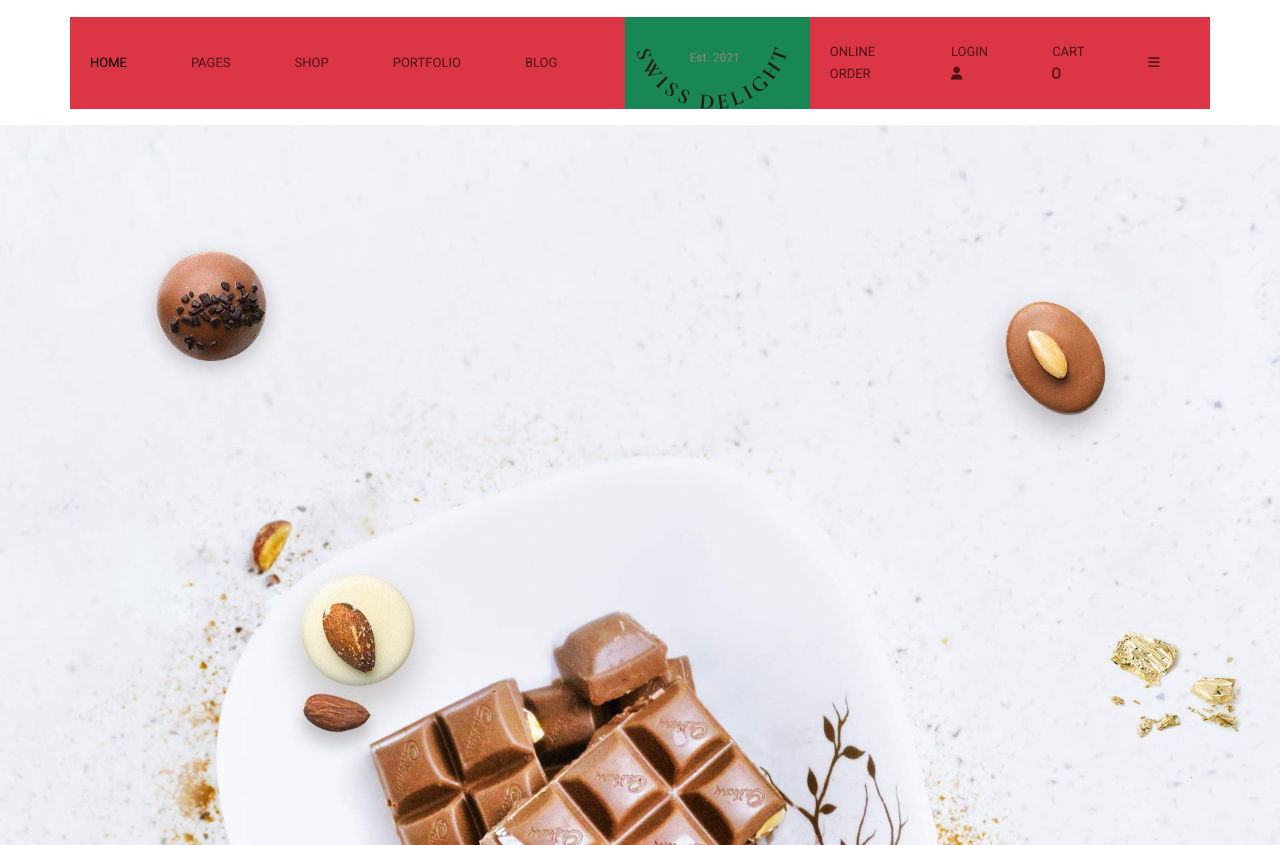
Repository: HadelAbdellatif/Project1
Page: index.html
The author's editor kept a copy of each file at every save. The page is drawn from the files as they stood at one save, then again after a run of saves.
The browser window is 1280 px wide. The pictures show the whole page.

Above is the page before, as saved 2023-10-13 14:58:03.
Console error: TypeError: Cannot read properties of null (reading 'addEventListener')

### index.html
<!doctype html>
<html lang="en">

<head>
  <meta charset="utf-8">
  <meta name="viewport" content="width=device-width, initial-scale=1">
  <title>Bootstrap demo</title>

  <!-- Bootsrap 5.3 -->
  <link href="assets/css/bootstrap.min.css" rel="stylesheet">


  <!-- fontawesome 6.4 -->
  <link href="assets/css/all.min.css" rel="stylesheet">

  <!-- Custom css -->
  <link href="assets/css/style.css" rel="stylesheet">

  <!-- Media -->
  <link href="assets/css/media.css" rel="stylesheet">


</head>

<body>

  <!-- Start Navbar -->

  <nav class="navbar navbar-expand-lg bg-transparent">
    <div class="container bg-danger ">
      <div class="collapse navbar-collapse" id="navbarSupportedContent">

        <div class="row d-flex">
          <div class="col-md-6 d-flex">
            <ul class="navbar-nav mb-2 mb-lg-0 gap-5  justify-content-center align-items-center">
              <li class="nav-item">
                <a class="nav-link active" aria-current="page" href="#home">HOME</a>
              </li>
              <li class="nav-item">
                <a class="nav-link" href="#pages">PAGES</a>
              </li>
              <li class="nav-item">
                <a class="nav-link" href="#shop">SHOP</a>
              </li>
              <li class="nav-item">
                <a class="nav-link" href="#portfolio">PORTFOLIO</a>
              </li>
              <li class="nav-item">
                <a class="nav-link" href="#blog">BLOG</a>
              </li>
            </ul>
          </div>

          <div class="col-md-2 bg-success pt-0">
            <a class="nav-item">
              <img src="assets/img/logo-swiss-1.png" width="150px" height="92px" class="ps-0 img-fluid" alt="Logo" />
            </a>
          </div>

          <div class="col-md-4 d-flex">
            <ul class="navbar-nav me-auto mb-2 mb-lg-0 gap-5 justify-content-center align-items-center">
              <li class="nav-item">
                <a class="nav-link" href="#onlineOrder">ONLINE ORDER</a>
              </li>
              <li class="nav-item">
                <a class="nav-link" href="#login">
                  <span>LOGIN</span>
                  <i class="fa-solid fa-user"></i>
                </a>
              </li>
              <li class="nav-item">
                <a class="nav-link" href="#cart">
                  <span>CART</span>
                  <i class="fa-solid fa-0"></i>
                </a>
              </li>
              <li class="nav-item">
                <a class="nav-link" href="#more"><i class="fa-solid fa-bars"></i></a>
              </li>
            </ul>
          </div>

        </div>

      </div>
    </div>
  </nav>

  <!-- End of Navbar -->

  <!-- Start header section -->

  <header class="vh-100">

  </header>

  <!-- End header section -->




  <!-- Bootstrap 5.3 -->
  <script src="assets/js/bootstrap.bundle.min.js"></script>

  <!-- Java Script -->
  <script src="assets/JavaScript/JavaScript.js"></script>
</body>

</html>

### assets/css/style.css
/* font-family: 'Heebo', sans-serif; */
@import url('https://fonts.googleapis.com/css2?family=Heebo&display=swap');

/* font-family: 'Cormorant', serif; */
@import url('https://fonts.googleapis.com/css2?family=Cormorant:ital,wght@0,300;1,300&family=Heebo&display=swap');

/* main color */
:root{
    --main-color: #241c10;
}

.bg-main-color{
    background-color: #988779;
}

.text-main-color{
    color: var(--main-color);
}

.border-main-color{
    border-color: var(--main-color)  !important;
}

/* Start Navbar */

.navbar{
    font-family: 'Heebo', sans-serif;
    font-weight: 400;
    font-size: 13px;
    line-height: 22px;
    color: var(--main-color);
    height: 125px;
}


/* End Navbar */

/* Start header */

header{
    background-image: url('../img/h1-rev-img1-2.jpg');
    background-size: cover;
    background-repeat: no-repeat;
    background-position: center;
}

/* End header */

### assets/css/media.css
@media (max-width:991px){

    .nav-item{
        width: fit-content;
    }

}

@media (max-width:768px){

    .about .count{
        border: none !important;
    }

    .cv .download{
        text-align: center !important;
        margin-bottom: 2rem !important;
    }

    .cv .brands{
        justify-content: center !important;
    }
}


@media (max-width:568px){

    header{
        background-position-x:-235px;
    }

    .header-content{
        align-items: start !important;
    }

    h1{
        font-size: 45px;
    }

    .contact p, .contact form{
        width: 100% !important;
    }

}

### assets/JavaScript/JavaScript.js
// *************  Start Loading ************* //

const loading = document.querySelector('.loading');

window.addEventListener('load', function(){
     this.setTimeout(function(){
        loading.classList.add('opacity-0', 'invisible');
        document.body.style.overflow = 'auto';
     }, 2000)
})

// *************  End of Loading ************* //

// *************  Start scroll-to-top ************* //

const ScrollToTop = document.querySelector('.scroll-to-top');
const aboutSection = document.querySelector('.about');

ScrollToTop.addEventListener('click', function(){
    window.scroll({
        top:0,
        behavior:"smooth"
    })
})

// *************  End scroll-to-top ************* //

// *************  Start Navbar ************* //

const navbar = document.querySelector('.navbar');
const headerContenth = document.querySelector('.header-content h3');

navbar.style.transition = '0.4s background-color';

window.addEventListener('scroll', function(){
    if(window.scrollY > headerContenth.offsetTop){
         navbar.style.backgroundColor = "#fff";
    }
    else{
        navbar.style.backgroundColor = "transparent";
    }
    if(window.scrollY > aboutSection.offsetTop){
        ScrollToTop.classList.remove('opacity-0', 'invisible');
    }
    else{
        ScrollToTop.classList.add('opacity-0', 'invisible');
    }
})

// *************  End of Navbar ************* //

// *************  Start Links ************* //

const NavLinks = document.querySelectorAll('.nav-link');

for(let i=0 ; i<NavLinks.length ; i++){
    NavLinks[i].addEventListener('click', function(e){
        e.preventDefault();

        document.querySelector('.nav-link.active').classList.remove('active');

       // for(let j=0 ; j<NavLinks.length ; j++){
        //    NavLinks[j].classList.remove('active');
       // }

        NavLinks[i].classList.add('active');
        let currentID = this.getAttribute('href');
        let targerSection = document.querySelector(currentID);
        window.scroll({
            top:targerSection.offsetTop,
            behavior:"smooth"
        })
    })
}

// *************  End of Links ************* //

Loaded but not shown: assets/css/bootstrap.min.css (library); assets/css/all.min.css (library); assets/js/bootstrap.bundle.min.js (library)

After the next 4 saves:
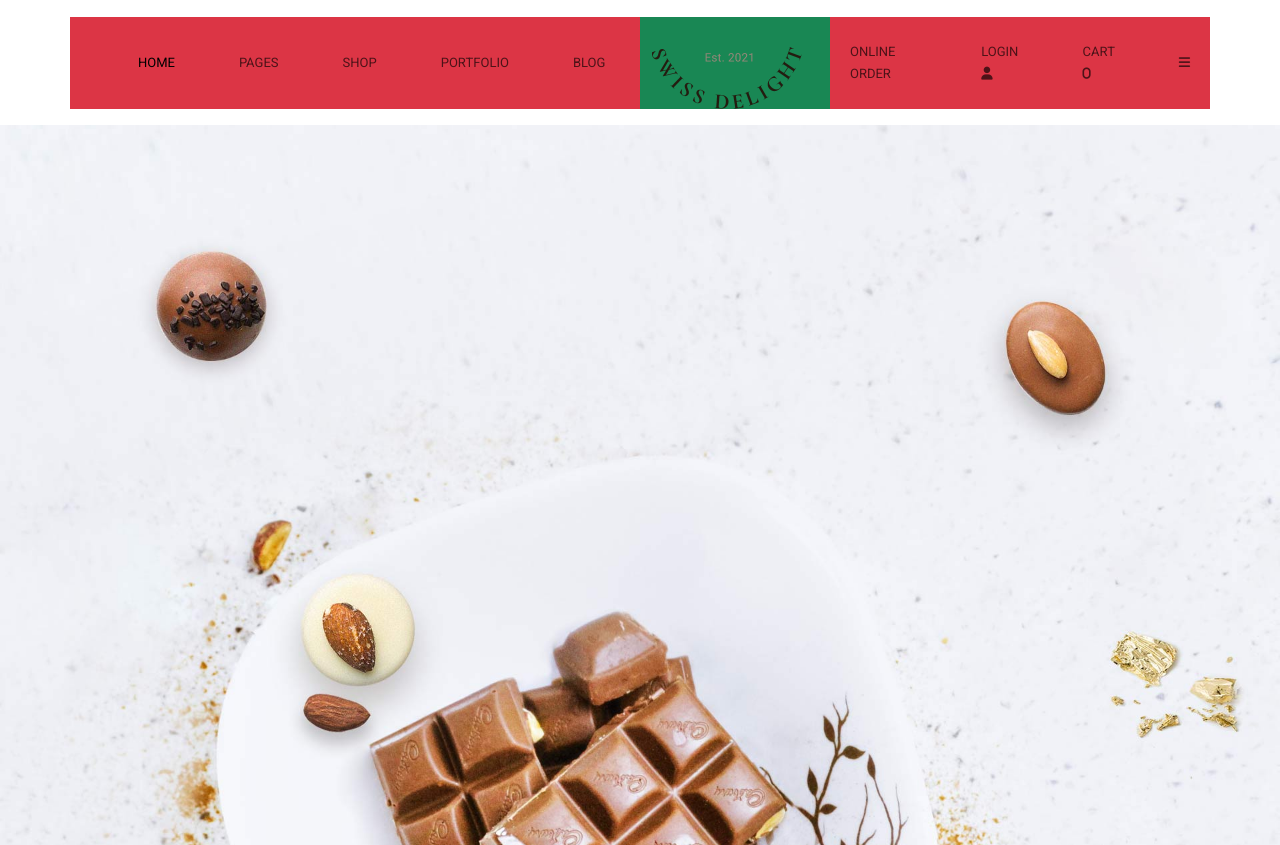
The 4 saves are shown as one change because they came seconds apart.
The last was saved 15 s later.
--- a/index.html
+++ b/index.html
@@ -32,7 +32,7 @@
 
         <div class="row d-flex">
           <div class="col-md-6 d-flex">
-            <ul class="navbar-nav mb-2 mb-lg-0 gap-5  justify-content-center align-items-center">
+            <ul class="navbar-nav ms-5 mb-2 mb-lg-0 gap-5  justify-content-center align-items-center">
               <li class="nav-item">
                 <a class="nav-link active" aria-current="page" href="#home">HOME</a>
               </li>
